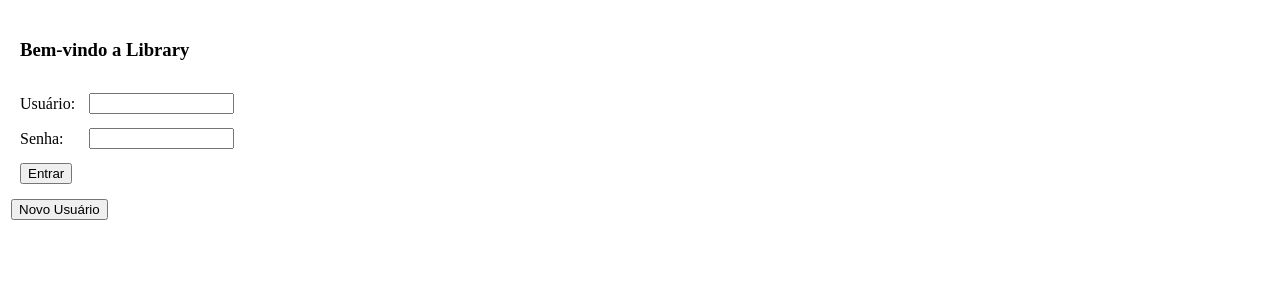
Repository: lmsmorais/ProjectEpiousion
Page: http://localhost/LibraryProject/
The author's editor kept a copy of each file at every save. The page is drawn from the files as they stood at one save, then again after the next save.
The browser window is 1280 px wide. The pictures show the whole page.
The page is served by Tomcat 9. Other server files are loaded and not shown.

Above is the page before, as saved 2020-11-11 20:44:06.

### LibraryProject/WebContent/index.jsp
<%@ page language="java" contentType="text/html; charset=ISO-8859-1"
    pageEncoding="ISO-8859-1"%>
<!DOCTYPE html>
<html>
<head>
<meta charset="ISO-8859-1">
<title>Login</title>
	</head>
	<body>
		<form method="post" action='${pageContext.request.contextPath}/Login'>
			<table cellspacing="10" cellpadding="2" width="5%">
				<tr>
					<td colspan="2">
						<h3> Bem-vindo a Library</h3>
							<p>
					</td>
				</tr>
				<tr>
					<td>Usuário:</td>
					<td><input type="text" name="username" size="15"/></td>
				</tr>
				<tr>
					<td>Senha:</td>
					<td><input type="password" name="password" size="15"/></td>
				</tr>
				<tr>
					<td><button type="submit">Entrar</button></td>
				</tr>

			</table>
		</form>
		<form method="post" action='${pageContext.request.contextPath}/Login'>
		<table cellspacing="2" width="20%">
			<tr>
				<td><button type="submit">Novo Usuário</button></td>
			</tr>
		</table>
		</form>
	</body>
</html>

After the next save:
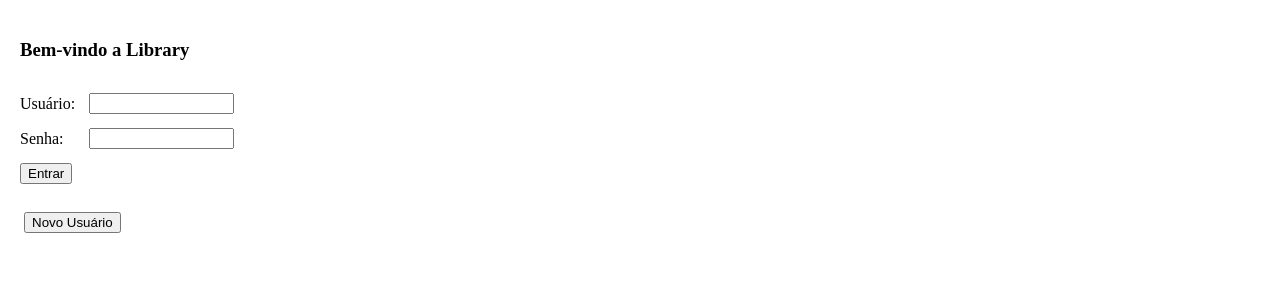
Saved 8 s later.
--- a/LibraryProject/WebContent/index.jsp
+++ b/LibraryProject/WebContent/index.jsp
@@ -30,7 +30,7 @@
 			</table>
 		</form>
 		<form method="post" action='${pageContext.request.contextPath}/Login'>
-		<table cellspacing="2" width="20%">
+		<table cellspacing="15" width="20%">
 			<tr>
 				<td><button type="submit">Novo Usuário</button></td>
 			</tr>
